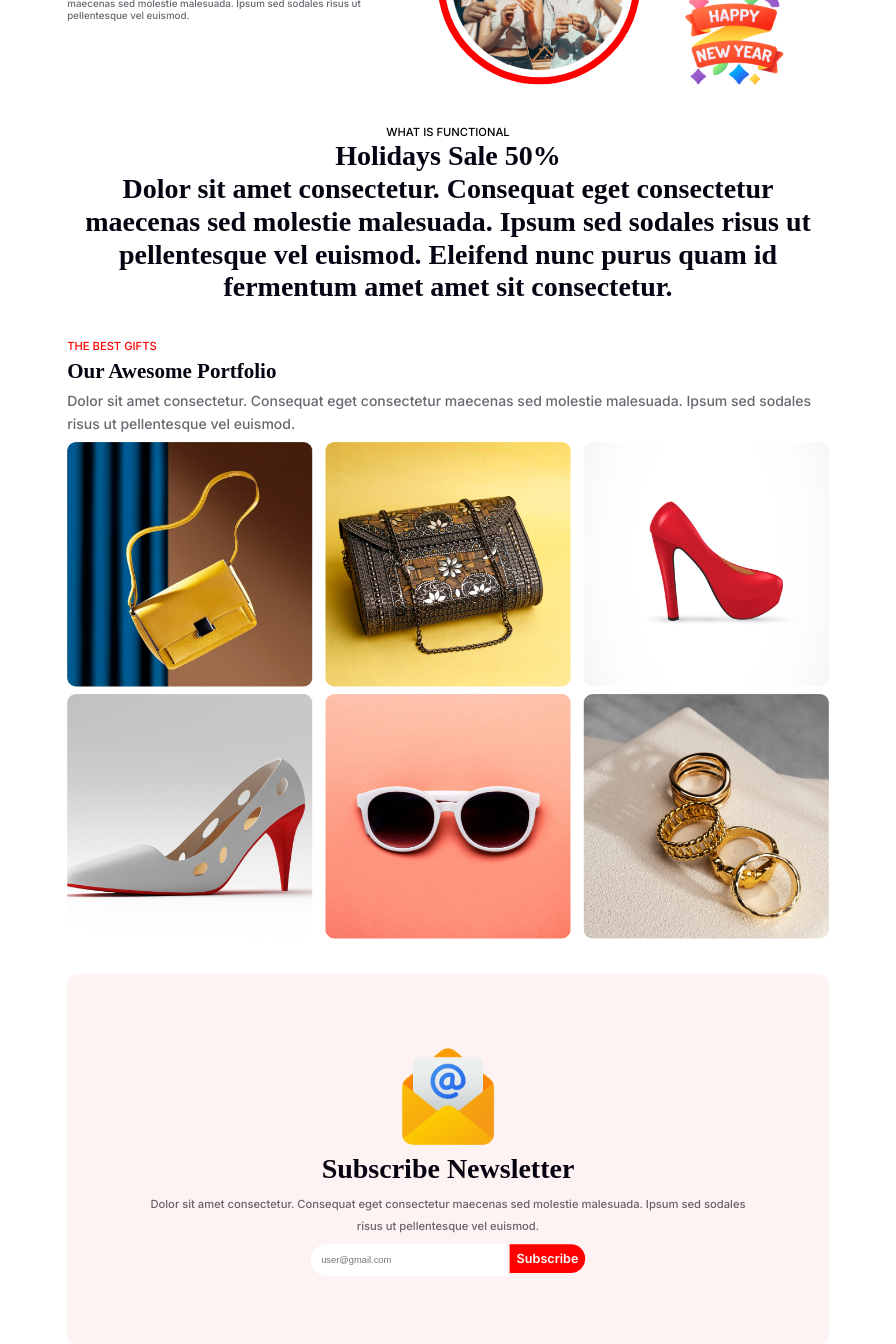
Repository: sumonkumarsarkar/new-year-2024
Page: index.html
An editor plug-in stored every save of this project. The page is shown before and after the next save, followed by the edit.
The browser window is 1280 px wide. The pictures show the part of the page from y = 2608 to 4528 px (the page is 5118 px tall before and 4970 px after), at 70% of full size.

Above is the page before, as saved 2024-01-08 16:38:34.

After the next save:
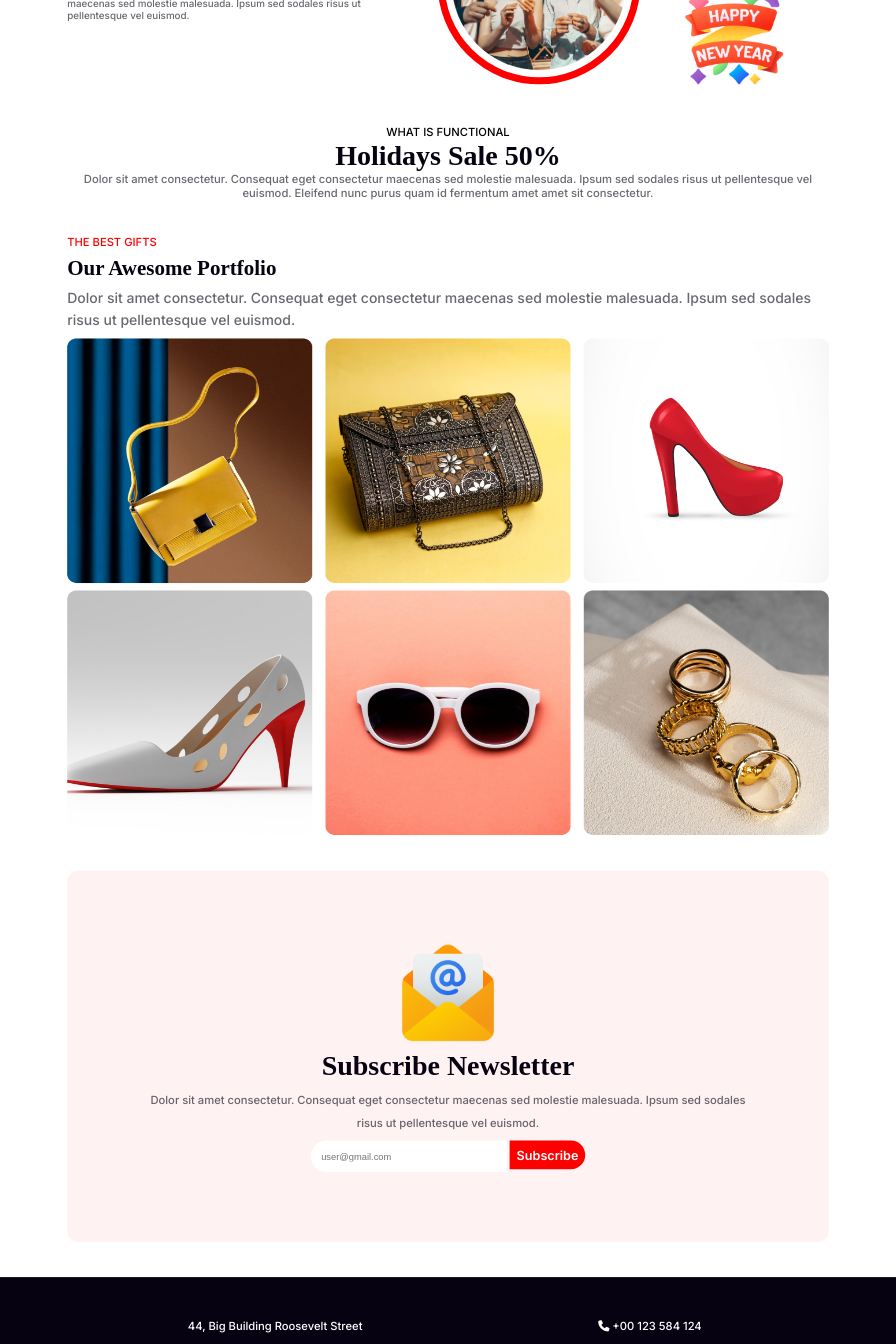
Saved 32 s later.
--- a/style.css
+++ b/style.css
@@ -285,12 +285,14 @@ line-height: normal;
     line-height: normal;
 }
 .holiday-offer-text p{
-    color: #070211;
-    font-family: Merriweather;
-    font-size: 40px;
-    font-style: normal;
-    font-weight: 900;
-    line-height: normal;
+color: rgba(7, 2, 17, 0.60);
+
+text-align: center;
+font-family: Inter;
+font-size: 16px;
+font-style: normal;
+font-weight: 500;
+
 }
 
 
